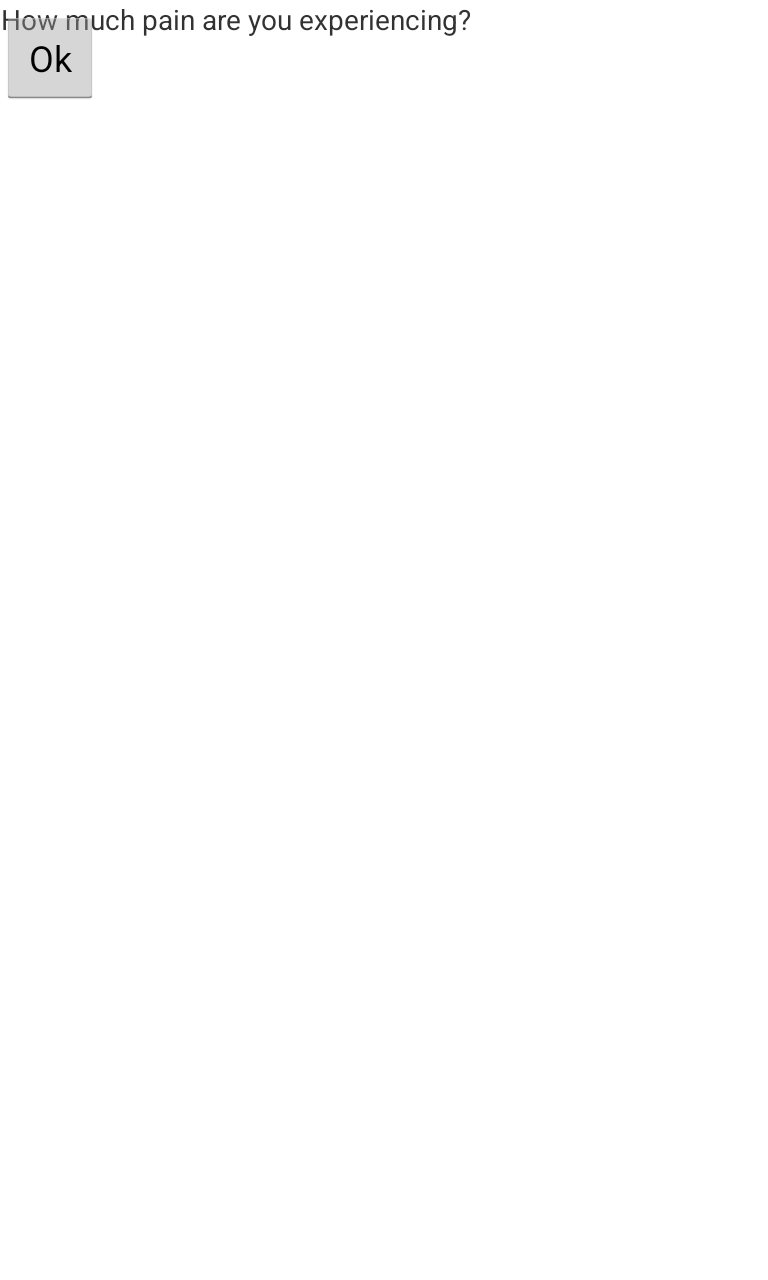
Repository: nanoweb12/GoodFeetAppNew
Layout: GoodFeetapp/res/layout/custom.xml
An editor plug-in stored every save of this project. The layout is shown before and after the next save, followed by the edit.
It is drawn on a 768 x 1280 px phone screen (xhdpi) without system bars, with theme MyTheme; the app's code is not run.

Above is the layout before, as saved 2015-02-18 06:41:51.

### GoodFeetapp/res/layout/custom.xml
<?xml version="1.0" encoding="utf-8"?>
<RelativeLayout xmlns:android="http://schemas.android.com/apk/res/android"
    android:layout_width="wrap_content"
    android:layout_height="wrap_content" >

    <TextView
        android:id="@+id/title"

        android:layout_width="wrap_content"
        android:text="How much pain are you experiencing?"
        android:gravity="center"
        android:layout_height="wrap_content"
        android:layout_marginRight="5dp" />

    <TextView
        android:id="@+id/text"
        android:layout_width="fill_parent"
        android:layout_height="wrap_content"
        android:textColor="#FFF"
        android:layout_toRightOf="@+id/image"/>

     <Button
        android:id="@+id/dialogButtonOK"
        android:layout_width="100px"
        android:layout_height="wrap_content"
        android:text=" Ok "
        android:layout_marginTop="5dp"
        android:layout_marginRight="5dp"
        android:layout_below="@+id/image"
        />

</RelativeLayout>

### GoodFeetapp/res/values-v11/styles.xml
<resources>
    <style name="MyTheme" parent="@android:style/Theme.Holo.Light">

    </style>

    <style name="MyActionBar" parent="@android:style/Widget.Holo.Light.ActionBar">
    <item name="android:actionBarSize">70dip</item>
         <item name="android:background">#D3D3D3</item>
    </style>
</resources>

### GoodFeetapp/res/values-v14/styles.xml
<!-- <resources>
    the theme applied to the application or activity
    <style name="CustomActionBarTheme"
           parent="@android:style/Theme.Holo.Light.DarkActionBar">

    </style>

    ActionBar styles
    <style name="MyActionBar"
           parent="@android:style/Widget.Holo.Light.ActionBar.Solid.Inverse">
       <item name="android:actionBarSize">70dip</item>
         <item name="android:background">#D3D3D3</item>

    </style>
</resources> -->

<resources>
    <style name="MyTheme" parent="@android:style/Theme.Holo.Light">

    </style>

    <style name="MyActionBar" parent="@android:style/Widget.Holo.Light.ActionBar">
    <item name="android:actionBarSize">100dip</item>
         <item name="android:background">#D3D3D3</item>
    </style>
</resources>

### GoodFeetapp/res/values/styles.xml
<resources>
    <style name="MyTheme" parent="@android:style/Theme.Holo.Light">

    </style>

    <style name="MyActionBar" parent="@android:style/Widget.Holo.Light.ActionBar">
    <item name="android:actionBarSize">70dip</item>
         <item name="android:background">#D3D3D3</item>
    </style>
</resources>

After the next save:
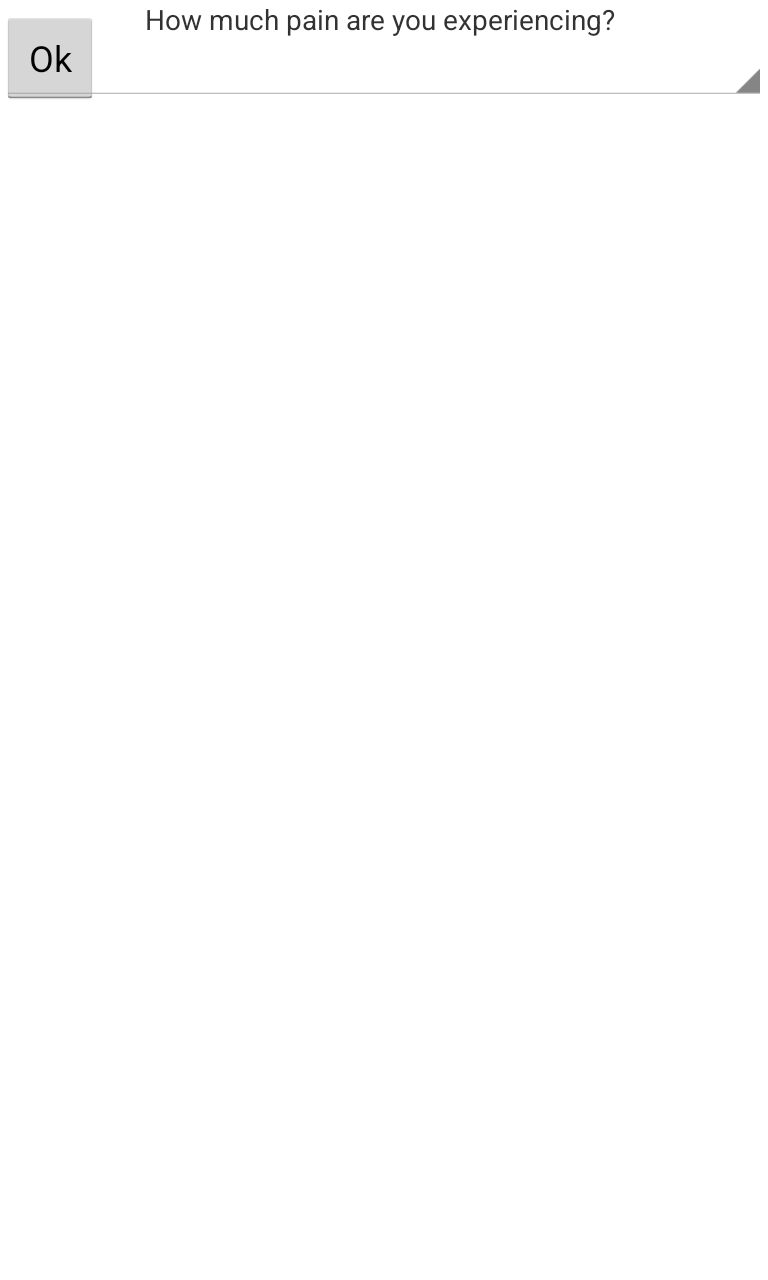
Saved 65 s later.
--- a/GoodFeetapp/res/layout/custom.xml
+++ b/GoodFeetapp/res/layout/custom.xml
@@ -6,18 +6,18 @@
     <TextView
         android:id="@+id/title"
 
-        android:layout_width="wrap_content"
+        android:layout_width="match_parent"
         android:text="How much pain are you experiencing?"
         android:gravity="center"
         android:layout_height="wrap_content"
         android:layout_marginRight="5dp" />
 
-    <TextView
-        android:id="@+id/text"
-        android:layout_width="fill_parent"
+    <Spinner
+        android:id="@+id/spinner"
+        android:layout_width="match_parent"
         android:layout_height="wrap_content"
         android:textColor="#FFF"
-        android:layout_toRightOf="@+id/image"/>
+        android:layout_below="@+id/title"/>
 
      <Button
         android:id="@+id/dialogButtonOK"
